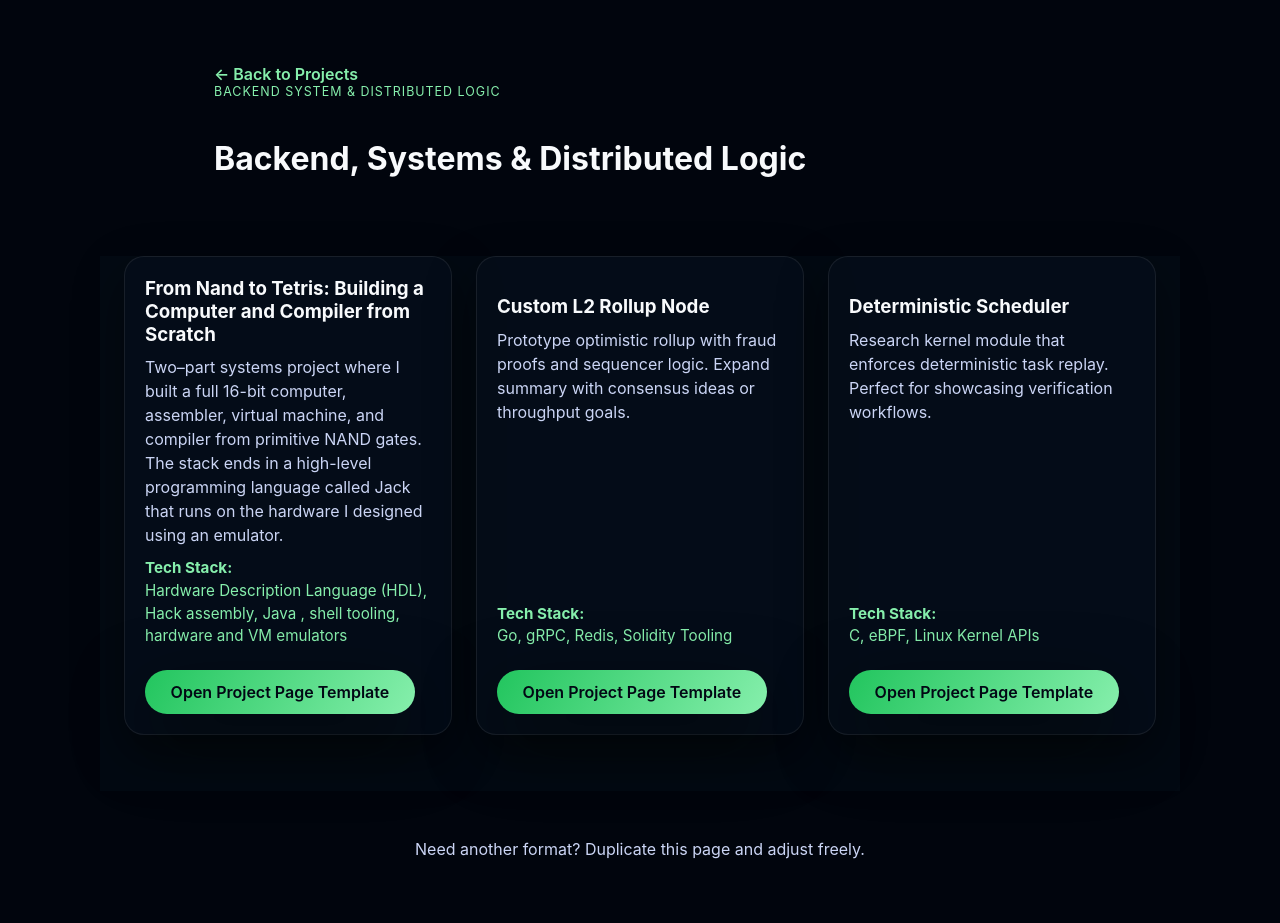
Repository: Abdulaziz-04/Abdulaziz-04.github.io
Page: projects/backend_systems.html
An editor plug-in stored every save of this project. The page is shown before and after the next save, followed by the edit.
The browser window is 1280 px wide. The pictures show the whole page.

Above is the page before, as saved 2025-11-20 22:16:09.

After the next save:
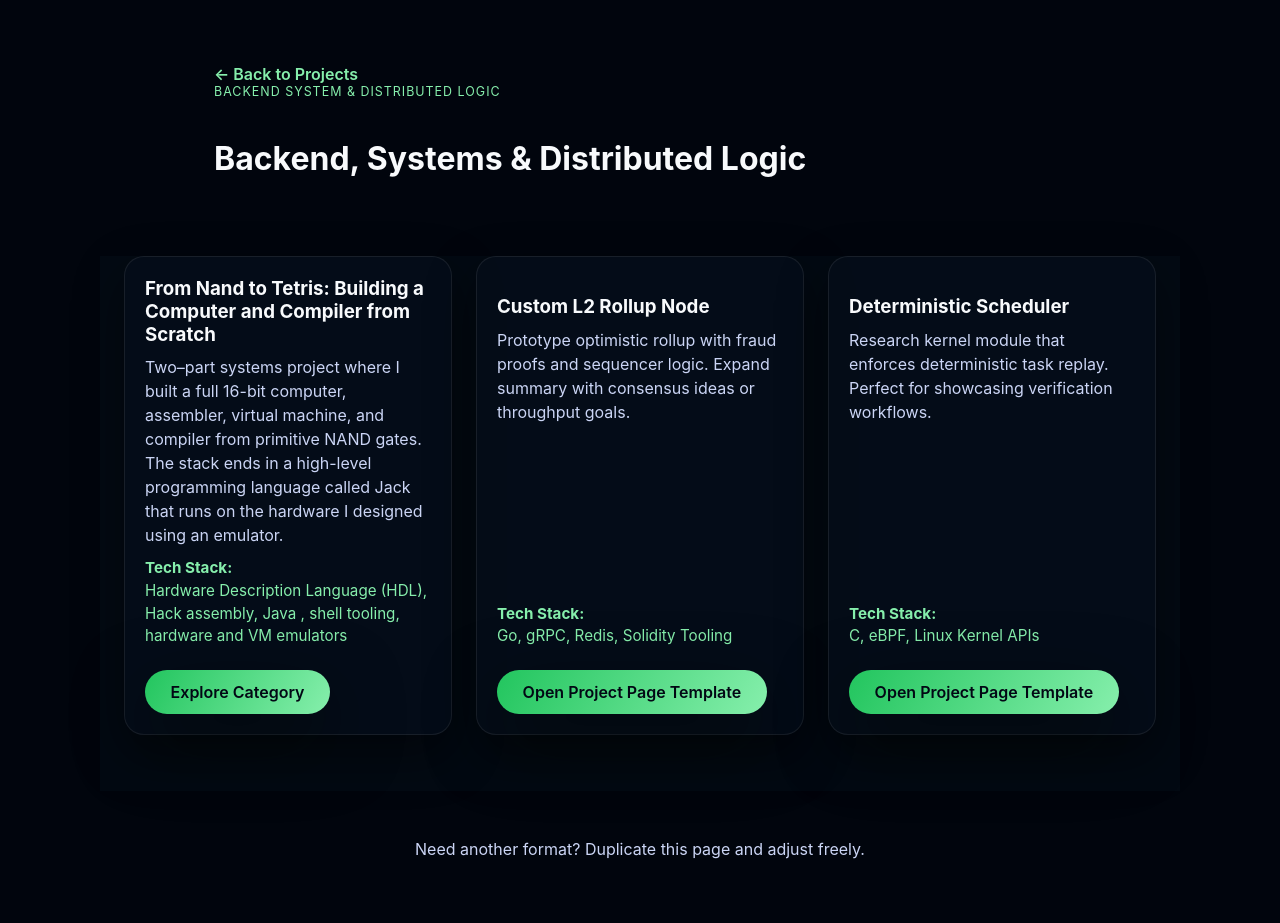
Saved 16 s later.
--- a/projects/backend_systems.html
+++ b/projects/backend_systems.html
@@ -39,7 +39,7 @@
               <a
                 class="btn primary"
                 href="../deepdives/backend_systems/nand2tetris/nand2tetris.html"
-                >Open Project Page Template</a
+                >Explore Category</a
               >
             </div>
           </div>
